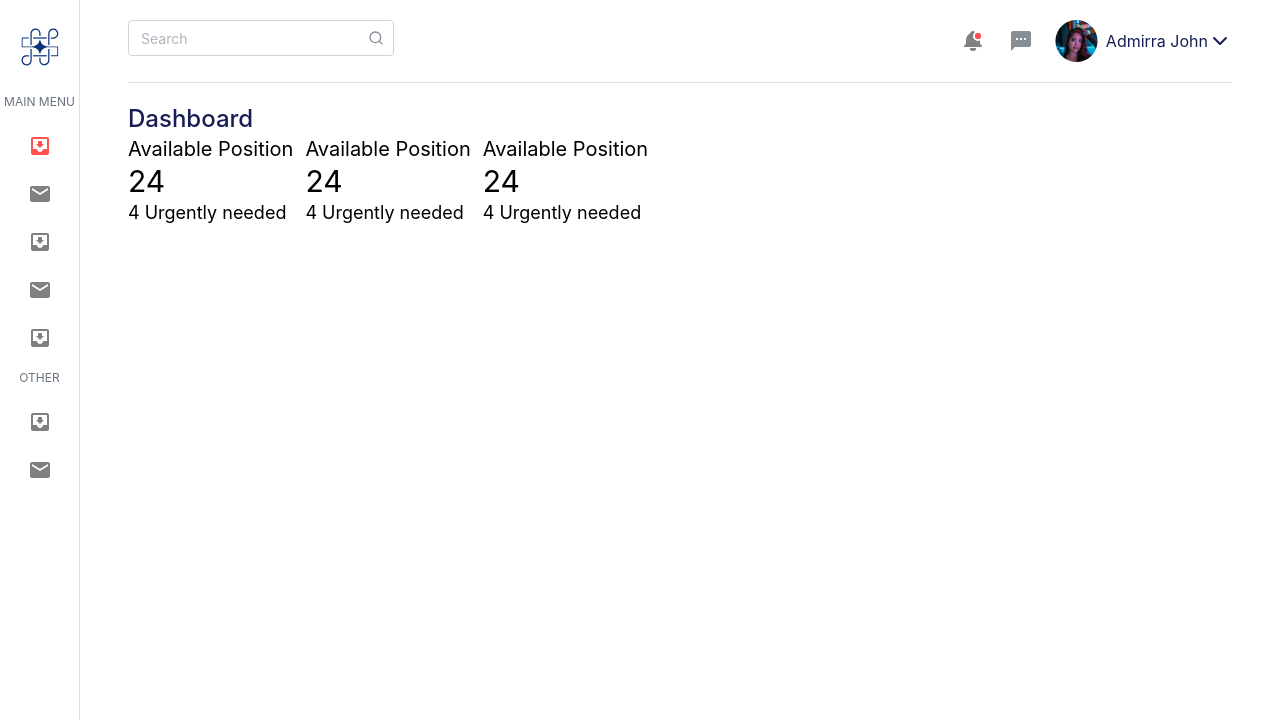
Repository: SatyaDewangan05/sample-dashboard
Page: /
These files come from the project's save history. The page is drawn as it stood at one moment and after the next save; the edit follows.
The browser window is 1280 px wide. The pictures show the whole page.
The project was rebuilt for these pictures with package versions that can differ from the ones it lists, and the page was loaded fresh each time. The framework's server and built-in components were replaced by stand-ins that run in the browser. Also part of the build but not shown: next.config.mjs.

Above is the page before, as saved 2024-09-21 23:24:11.

### src/app/layout.js
import localFont from "next/font/local";
import "./globals.css";
import { MantineProvider } from "@mantine/core";
import "@mantine/core/styles.css";

const geistSans = localFont({
  src: "./fonts/GeistVF.woff",
  variable: "--font-geist-sans",
  weight: "100 900",
});
const geistMono = localFont({
  src: "./fonts/GeistMonoVF.woff",
  variable: "--font-geist-mono",
  weight: "100 900",
});

export const metadata = {
  title: "Create Next App",
  description: "Generated by create next app",
};

export default function RootLayout({ children }) {
  return (
    <html lang="en">
      <body
        className={`${geistSans.variable} ${geistMono.variable} antialiased bg-white`}
      >
        <MantineProvider>{children}</MantineProvider>
      </body>
    </html>
  );
}

### src/app/page.jsx
import Image from "next/image";
import MiniDrawer from "./components/Drawer";
import {
  ActionIcon,
  Anchor,
  Avatar,
  Divider,
  Indicator,
  TextInput,
  Title,
} from "@mantine/core";
import { Search } from "lucide-react";
import {
  IconBellFilled,
  IconChevronCompactDown,
  IconChevronDown,
} from "@tabler/icons-react";
import TextsmsIcon from "@mui/icons-material/Textsms";
import DP from "@/images/dp.png";
import ThreeData from "./components/card/ThreeData";

export default function Home() {
  return (
    <div className="flex">
      <MiniDrawer />
      <div className="w-full px-12">
        {/* Top Bar */}
        <div className="w-full py-5 flex justify-between">
          <TextInput placeholder="Search" rightSection={<Search size={16} />} />
          <div className="flex items-center gap-5">
            <ActionIcon
              variant="transparent"
              color="gray"
              // c="black"
              aria-label="Settings"
            >
              <Indicator color="#FF5151" offset={7} withBorder>
                <IconBellFilled color="gray" />
              </Indicator>
            </ActionIcon>
            <ActionIcon
              variant="transparent"
              color="gray"
              // c="black"
              aria-label="Settings"
            >
              <TextsmsIcon color="gray" />
            </ActionIcon>
            <div className="flex gap-2 items-center">
              <Image src={DP} />
              <Anchor
                href="https://mantine.dev/"
                target="_blank"
                underline="never"
                c="#161E54"
              >
                <div className="flex items-center">
                  Admirra John
                  <IconChevronDown />
                </div>
              </Anchor>
            </div>
          </div>
        </div>
        <Divider />

        <div className="w-full py-5">
          <p className="text-2xl font-medium text-[#161E54]">Dashboard</p>
          <div className="flex gap-3">
            <ThreeData bgColor="#FFEFE7" textColor="#FF5151" />
            <ThreeData bgColor="#FFEFE7" textColor="#FF5151" />
            <ThreeData bgColor="#FFEFE7" textColor="#FF5151" />
          </div>
        </div>
      </div>
    </div>
  );
}

### src/app/globals.css
@tailwind base;
@tailwind components;
@tailwind utilities;

:root {
  --background: #ffffff;
  --foreground: #171717;
}

/* @media (prefers-color-scheme: dark) {
  :root {
    --background: #0a0a0a;
    --foreground: #ededed;
  }
} */

body {
  color: var(--foreground);
  background: var(--background);
  font-family: Arial, Helvetica, sans-serif;
}

@layer utilities {
  .text-balance {
    text-wrap: balance;
  }
}

@layer base {
  :root {
    --background: 0 0% 100%;
    --foreground: 0 0% 3.9%;
    --card: 0 0% 100%;
    --card-foreground: 0 0% 3.9%;
    --popover: 0 0% 100%;
    --popover-foreground: 0 0% 3.9%;
    --primary: 0 0% 9%;
    --primary-foreground: 0 0% 98%;
    --secondary: 0 0% 96.1%;
    --secondary-foreground: 0 0% 9%;
    --muted: 0 0% 96.1%;
    --muted-foreground: 0 0% 45.1%;
    --accent: 0 0% 96.1%;
    --accent-foreground: 0 0% 9%;
    --destructive: 0 84.2% 60.2%;
    --destructive-foreground: 0 0% 98%;
    --border: 0 0% 89.8%;
    --input: 0 0% 89.8%;
    --ring: 0 0% 3.9%;
    --chart-1: 12 76% 61%;
    --chart-2: 173 58% 39%;
    --chart-3: 197 37% 24%;
    --chart-4: 43 74% 66%;
    --chart-5: 27 87% 67%;
    --radius: 0.5rem;
  }
  .dark {
    --background: 0 0% 3.9%;
    --foreground: 0 0% 98%;
    --card: 0 0% 3.9%;
    --card-foreground: 0 0% 98%;
    --popover: 0 0% 3.9%;
    --popover-foreground: 0 0% 98%;
    --primary: 0 0% 98%;
    --primary-foreground: 0 0% 9%;
    --secondary: 0 0% 14.9%;
    --secondary-foreground: 0 0% 98%;
    --muted: 0 0% 14.9%;
    --muted-foreground: 0 0% 63.9%;
    --accent: 0 0% 14.9%;
    --accent-foreground: 0 0% 98%;
    --destructive: 0 62.8% 30.6%;
    --destructive-foreground: 0 0% 98%;
    --border: 0 0% 14.9%;
    --input: 0 0% 14.9%;
    --ring: 0 0% 83.1%;
    --chart-1: 220 70% 50%;
    --chart-2: 160 60% 45%;
    --chart-3: 30 80% 55%;
    --chart-4: 280 65% 60%;
    --chart-5: 340 75% 55%;
  }
}

@layer base {
  * {
    @apply border-border;
  }
  body {
    @apply bg-background text-foreground;
  }
}

### src/app/components/Drawer.jsx
"use client";

import { styled } from "@mui/material/styles";
import MuiDrawer from "@mui/material/Drawer";
import List from "@mui/material/List";
import IconButton from "@mui/material/IconButton";
import MenuIcon from "@mui/icons-material/Menu";

import ListItem from "@mui/material/ListItem";
import ListItemButton from "@mui/material/ListItemButton";
import ListItemIcon from "@mui/material/ListItemIcon";
import ListItemText from "@mui/material/ListItemText";
import InboxIcon from "@mui/icons-material/MoveToInbox";
import MailIcon from "@mui/icons-material/Mail";
import { useState } from "react";
import Image from "next/image";

import Logo from "@/images/logo.svg";
import LogoWithName from "@/images/logo_with_name.png";

const drawerWidth = 220;

const openedMixin = (theme) => ({
  width: drawerWidth,
  transition: theme.transitions.create("width", {
    easing: theme.transitions.easing.sharp,
    duration: theme.transitions.duration.enteringScreen,
  }),
  overflowX: "hidden",
});

const closedMixin = (theme) => ({
  transition: theme.transitions.create("width", {
    easing: theme.transitions.easing.sharp,
    duration: theme.transitions.duration.leavingScreen,
  }),
  overflowX: "hidden",
  width: "80px",
  [theme.breakpoints.up("sm")]: {
    width: "80px",
  },
});

const DrawerHeader = styled("div")(({ theme }) => ({
  display: "flex",
  alignItems: "center",
  justifyContent: "center",
  padding: "20px",
  // necessary for content to be below app bar
  ...theme.mixins.toolbar,
}));

const Drawer = styled(MuiDrawer, {
  shouldForwardProp: (prop) => prop !== "open",
})(({ theme }) => ({
  width: drawerWidth,
  flexShrink: 0,
  whiteSpace: "nowrap",
  boxSizing: "border-box",
  variants: [
    {
      props: ({ open }) => open,
      style: {
        ...openedMixin(theme),
        "& .MuiDrawer-paper": openedMixin(theme),
      },
    },
    {
      props: ({ open }) => !open,
      style: {
        ...closedMixin(theme),
        "& .MuiDrawer-paper": closedMixin(theme),
      },
    },
  ],
}));

export default function MiniDrawer() {
  const [open, setOpen] = useState(false);

  const [active, setActive] = useState("Dashboard");

  return (
    <Drawer variant="permanent" open={open}>
      <DrawerHeader>
        <IconButton onClick={() => setOpen((prevState) => !prevState)}>
          {open ? (
            <Image src={LogoWithName} alt="Images" />
          ) : (
            <Image className="mx-auto" src={Logo} alt="Images" />
          )}
        </IconButton>
      </DrawerHeader>
      <p
        className={`h-5 uppercase text-xs  text-gray-500 ${
          open ? "pl-5" : "text-center"
        }`}
      >
        Main Menu
      </p>
      <List>
        {["Dashboard", "Recruitment", "Schedule", "Employee", "Department"].map(
          (text, index) => (
            <ListItem key={text} disablePadding sx={{ display: "block" }}>
              <ListItemButton
                sx={[
                  {
                    minHeight: 48,
                    px: 2,
                    color: active === text ? "#FF5151" : "unset",
                  },
                  open
                    ? {
                        justifyContent: "initial",
                      }
                    : {
                        justifyContent: "center",
                      },
                ]}
                onClick={() => setActive(text)}
              >
                <ListItemIcon
                  sx={[
                    {
                      //   minWidth: 0,
                      justifyContent: "center",
                      color: active === text ? "#FF5151" : "gray",
                    },
                    open
                      ? {
                          mr: 2,
                        }
                      : {
                          mx: "auto",
                        },
                  ]}
                >
                  {index % 2 === 0 ? <InboxIcon /> : <MailIcon />}
                </ListItemIcon>
                <ListItemText
                  primary={text}
                  sx={[
                    open
                      ? {
                          opacity: 1,
                        }
                      : {
                          opacity: 0,
                        },
                  ]}
                />
              </ListItemButton>
            </ListItem>
          )
        )}
      </List>
      <p
        className={`h-5 uppercase text-xs text-gray-500 ${
          open ? " pl-5" : "text-center"
        }`}
      >
        Other
      </p>
      <List>
        {["Support", "Settings"].map((text, index) => (
          <ListItem key={text} disablePadding sx={{ display: "block" }}>
            <ListItemButton
              sx={[
                {
                  minHeight: 48,
                  px: 2,
                },
                open
                  ? {
                      justifyContent: "initial",
                    }
                  : {
                      justifyContent: "center",
                    },
              ]}
              onClick={() => setActive(text)}
            >
              <ListItemIcon
                sx={[
                  {
                    justifyContent: "center",
                    color: active === text ? "#FF5151" : "gray",
                  },
                  open
                    ? {
                        mr: 2,
                      }
                    : {
                        mx: "auto",
                      },
                ]}
              >
                {index % 2 === 0 ? <InboxIcon /> : <MailIcon />}
              </ListItemIcon>
              <ListItemText
                primary={text}
                sx={[
                  open
                    ? {
                        opacity: 1,
                      }
                    : {
                        opacity: 0,
                      },
                ]}
              />
            </ListItemButton>
          </ListItem>
        ))}
      </List>
    </Drawer>
  );
}

### src/app/components/card/ThreeData.jsx
const ThreeData = ({ bgColor, textColor }) => {
  return (
    <div className={`rounded-md bg-[FFEFE7] `}>
      <p className="text-xl">Available Position</p>
      <p className="text-3xl">24</p>
      <p
        className={`text-lg text-${
          textColor ? "[" + textColor + "]" : "white"
        }`}
      >
        4 Urgently needed
      </p>
    </div>
  );
};

export default ThreeData;

Loaded but not shown: tailwind.config.js (common file)

After the next save:
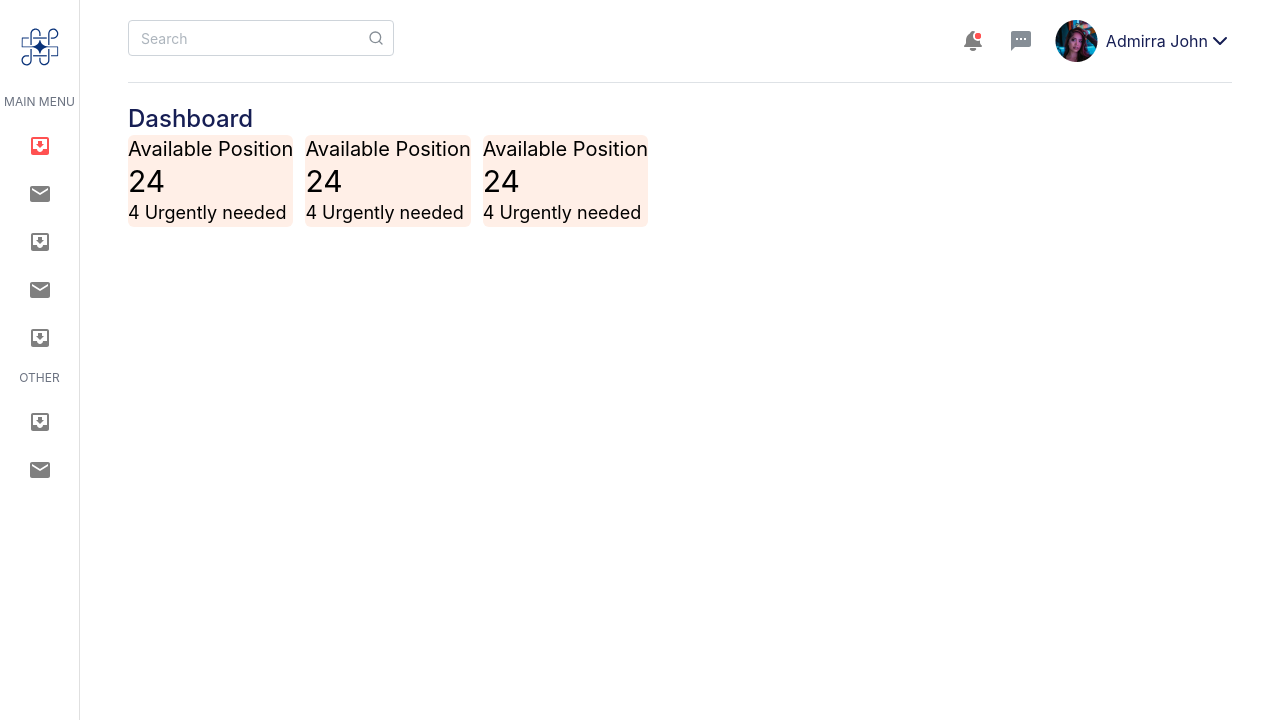
Saved 4 s later.
--- a/src/app/components/card/ThreeData.jsx
+++ b/src/app/components/card/ThreeData.jsx
@@ -1,6 +1,6 @@
 const ThreeData = ({ bgColor, textColor }) => {
   return (
-    <div className={`rounded-md bg-[FFEFE7] `}>
+    <div className={`rounded-md bg-[#FFEFE7] `}>
       <p className="text-xl">Available Position</p>
       <p className="text-3xl">24</p>
       <p

After the save that followed:
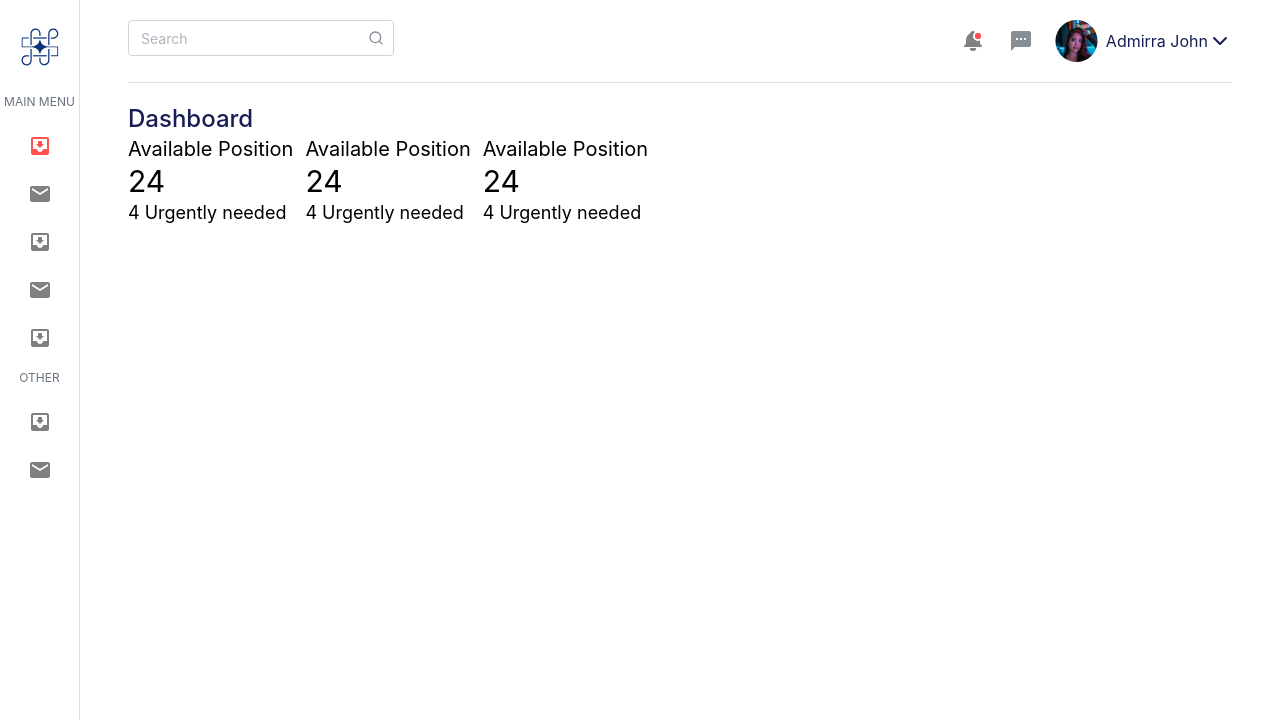
Saved 9 s later.
--- a/src/app/components/card/ThreeData.jsx
+++ b/src/app/components/card/ThreeData.jsx
@@ -1,6 +1,10 @@
 const ThreeData = ({ bgColor, textColor }) => {
   return (
-    <div className={`rounded-md bg-[#FFEFE7] `}>
+    <div
+      className={`rounded-md bg-[FFEFE7] bg-${
+        bgColor ? "[" + bgColor + "]" : "gray-100"
+      }`}
+    >
       <p className="text-xl">Available Position</p>
       <p className="text-3xl">24</p>
       <p
